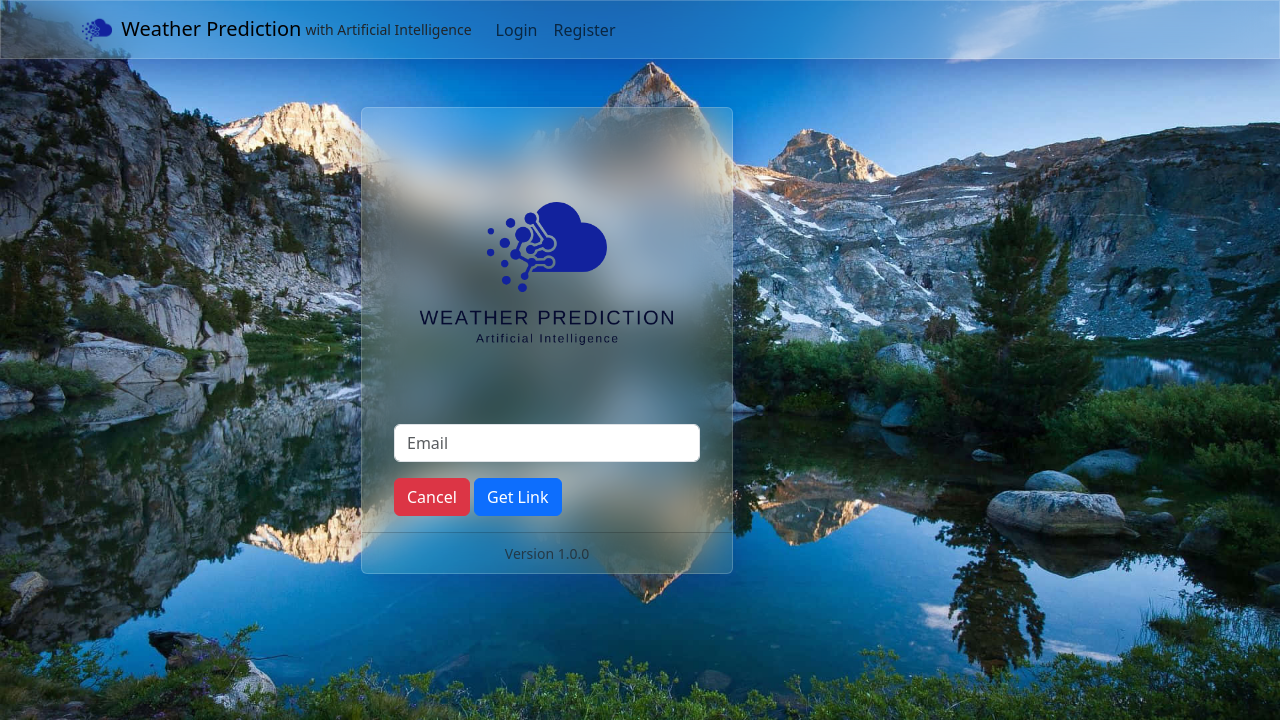
Repository: rustycoder/weather_prediction
Page: http://localhost/weather_admin/forgot_password
The author's editor kept a copy of each file at every save. The page is drawn from the files as they stood at one save, then again after the next save.
The browser window is 1280 px wide. The pictures show the whole page.
The page is served by the project's application, run on Django 5.2 (manage.py).

Above is the page before, as saved 2025-03-03 20:09:28.

After the next save:
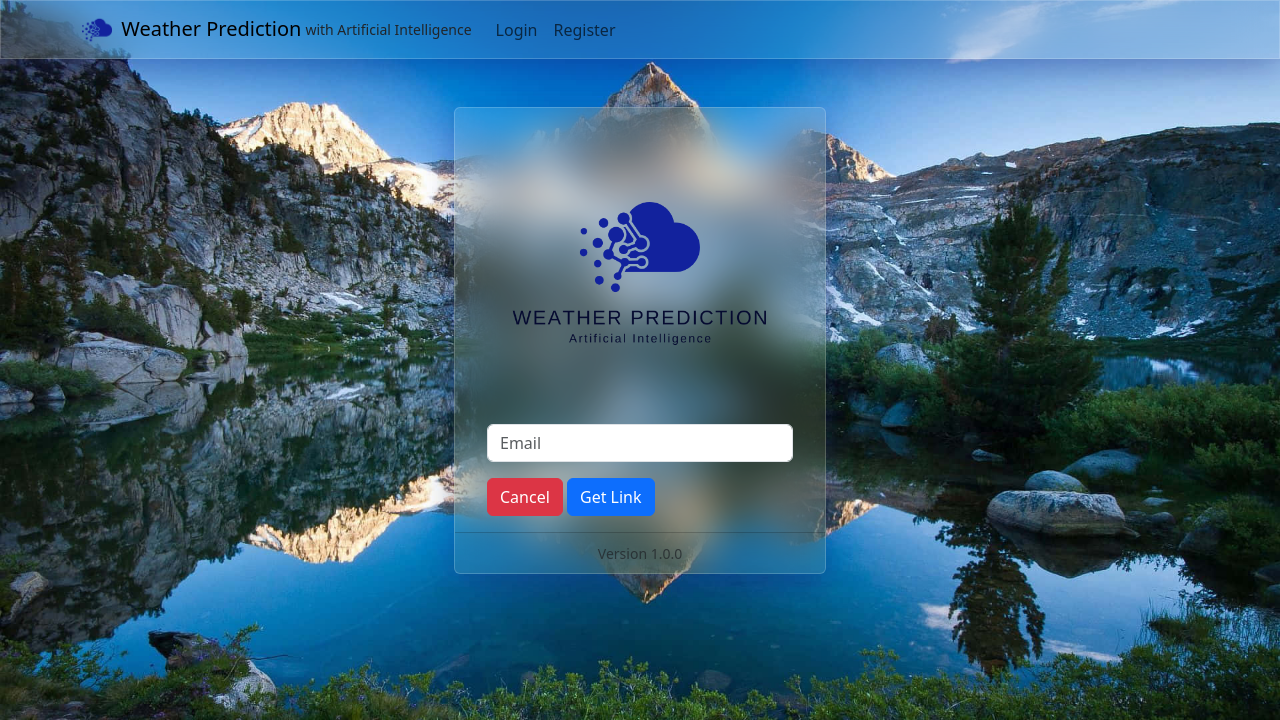
Saved 3 s later.
--- a/weather_admin/templates/forgot_password.html
+++ b/weather_admin/templates/forgot_password.html
@@ -1,7 +1,7 @@
 {% extends 'base.html' %}
 {% load static %}
 {% block content %}
-<div class="col-md-4 offset-md-3">
+<div class="col-md-4 offset-md-4">
     <div class="card my-5 glass">
         <div class="card-body">
             <div class="col-md-12 px-3">
